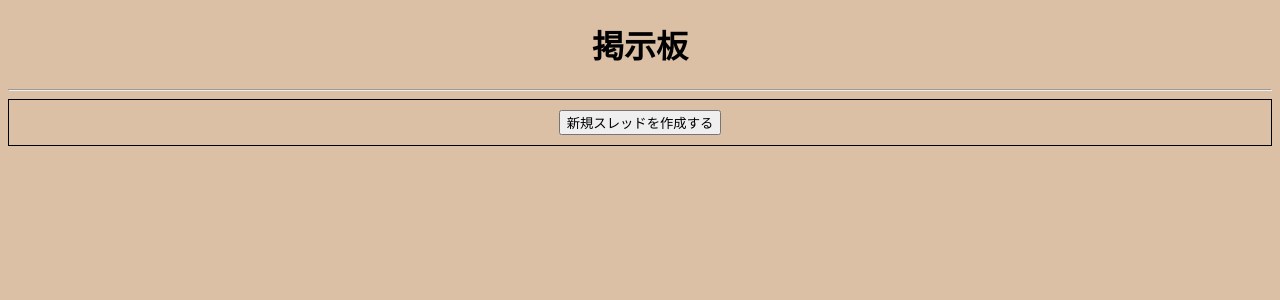
Repository: daidai0602/mba_portal
Page: http://localhost/php_2chan/
An editor plug-in stored every save of this project. The page is shown before and after the next save, followed by the edit.
The browser window is 1280 px wide. The pictures show the whole page.
The page is run by PHP 8.4 with error messages shown; the project is at /var/www/html/. Queries for data that is not in the repository find no rows.

Above is the page before, as saved 2023-12-04 16:36:22.

After the next save:
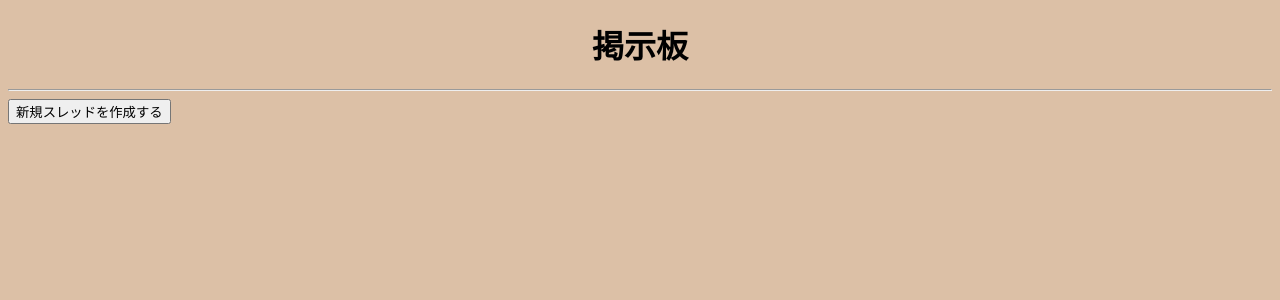
Saved 14 s later.
--- a/assets/css/style.css
+++ b/assets/css/style.css
@@ -76,11 +76,11 @@ section .comment {
   margin-bottom: 20px;
 } */
 
-.newChildThreadWrapper {
+/* .newChildThreadWrapper {
   text-align: center;
   padding: 10px;
   border: 1px solid black;
-}
+} */
 
 .newChildThreadWrapper button a {
   width: 150px;
